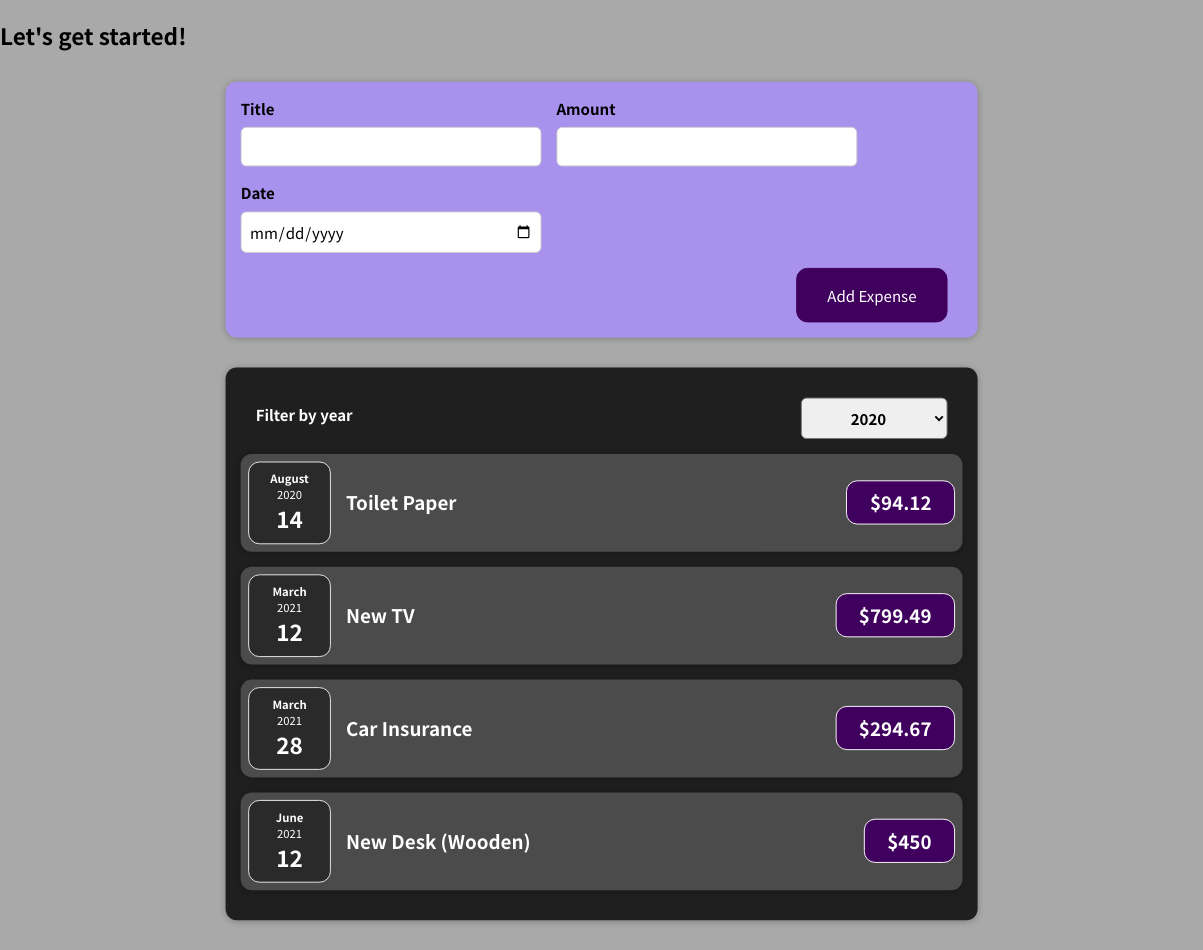
Repository: otvertka/MSC
Page: /
An editor plug-in stored every save of this project. The page is shown before and after the next save, followed by the edit.
The browser window is 1280 px wide. The pictures show the whole page, at 94% of full size.
The project was rebuilt for these pictures with package versions that can differ from the ones it lists, and the page was loaded fresh each time.

Above is the page before, as saved 2023-06-30 10:20:16.

After the next save:
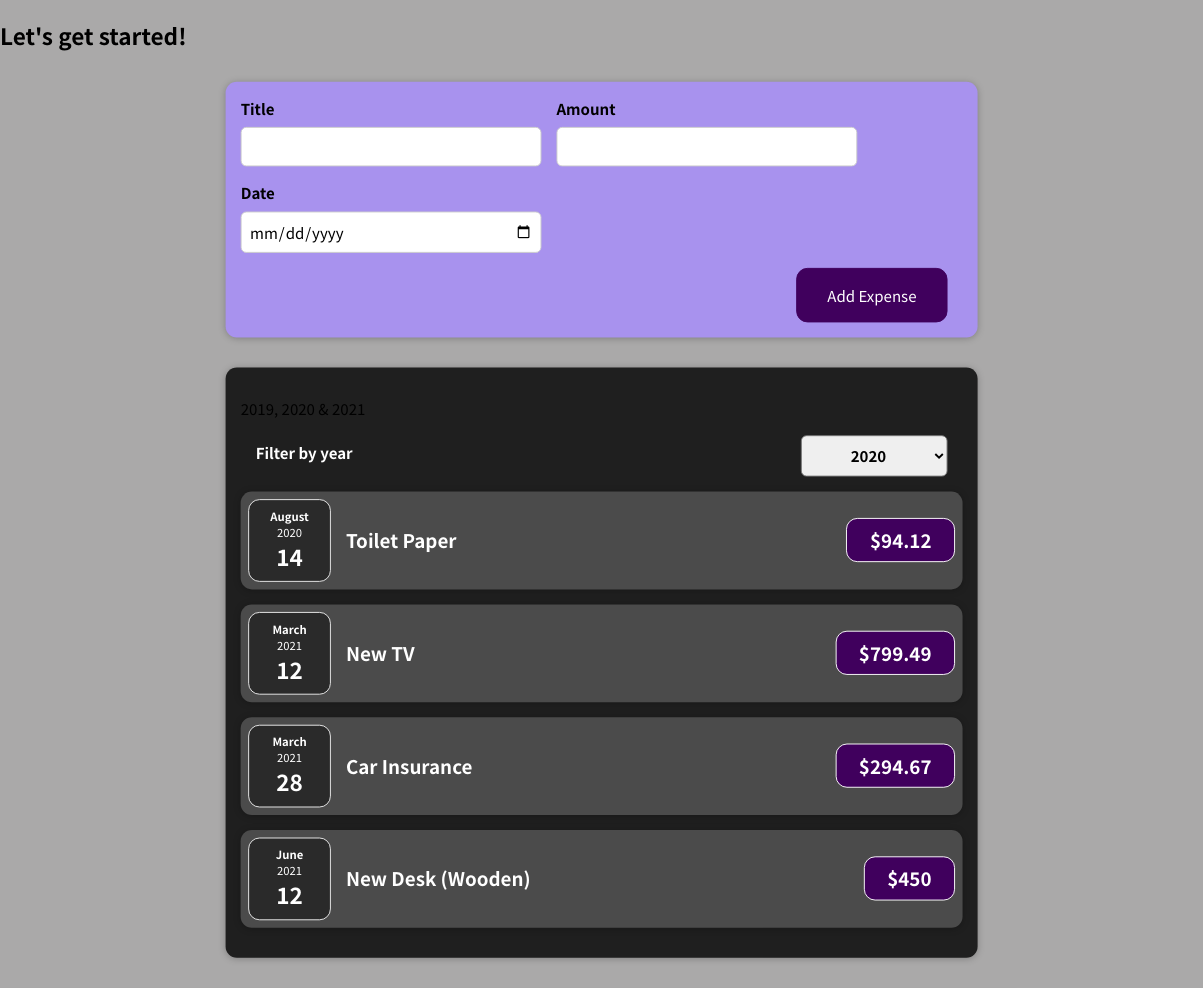
Saved 17 min 54 s later.
--- a/src/components/Expenses/Expenses.js
+++ b/src/components/Expenses/Expenses.js
@@ -24,6 +24,7 @@ const Expenses = (props) => {
   return (
     <div>
       <Card className="expenses">
+        <p>{filterInfoText}</p>
         <ExpensesFilter
           selected={filteredYear}
           onChangeFilter={filterChangeHandler}
